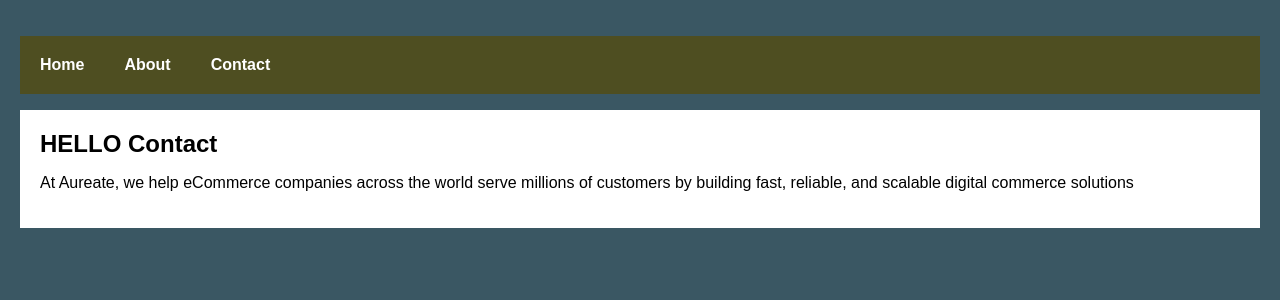
Repository: hardikaureate/React-Pages-Menu
Page: /#/contact
These files come from the project's save history. The page is drawn as it stood at one moment and after a run of saves; the edit follows.
The browser window is 1280 px wide. The pictures show the whole page.
The project was rebuilt for these pictures with package versions that can differ from the ones it lists, and the page was loaded fresh each time. Also part of the build but not shown: src/Home.js, src/About.js.

Above is the page before, as saved 2020-10-09 14:45:07.

After the next 2 saves:
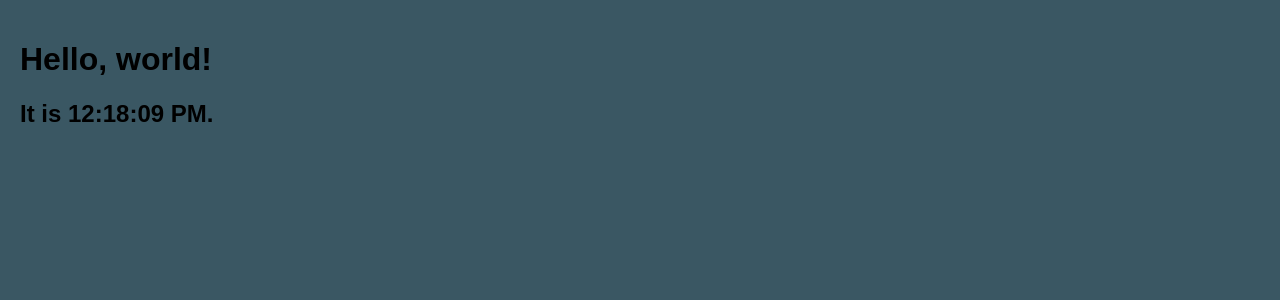
The 2 saves are shown as one change because 1 did not build or start.
The last was saved 74 s later.
--- a/src/index.js
+++ b/src/index.js
@@ -2,6 +2,6 @@
 import ReactDOM from 'react-dom';
 import './index.css';
 import Main from './Main';
+import Clock from './Clock';
 
-
-ReactDOM.render(<Main />, document.getElementById('root'));
+ReactDOM.render(<Clock />, document.getElementById('root'));
--- a/src/Clock.js
+++ b/src/Clock.js
@@ -1,25 +1,27 @@
-class Clock extends React.Component {
+import React, { Component } from 'react'
+
+export default class Clock extends Component {
         constructor(props) {
-          super(props);
-          console.log('constructtt');
-          this.state = {date: new Date()};
-        }
+                super(props);
+                console.log('constructtt');
+                this.state = {date: new Date()};
+              }
 
-        componentDidMount() {
-                console.log('DidMount')
-        }
+              componentDidMount() {
+                      console.log('DidMount')
+              }
 
-        componentWillUnmount() {
-                console.log('WillMount')
-        }
+              componentWillUnmount() {
+                      console.log('WillMount')
+              }
 
-        render() {
-                console.log('Rendering')
-          return (
-            <div>
-              <h1>Hello, world!</h1>
-              <h2>It is {this.state.date.toLocaleTimeString()}.</h2>
-            </div>
-          );
-        }
-      }
+              render() {
+                      console.log('Rendering')
+                return (
+                  <div>
+                    <h1>Hello, world!</h1>
+                    <h2>It is {this.state.date.toLocaleTimeString()}.</h2>
+                  </div>
+                );
+              }
+}
